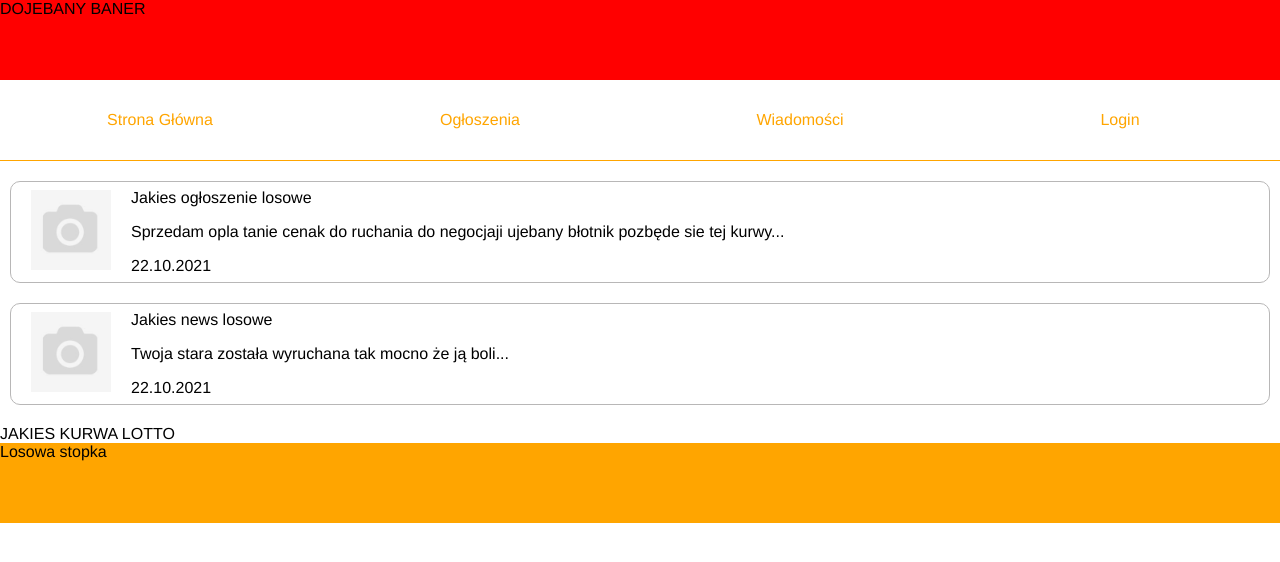
Repository: PatrykStawik/projectppz
Page: /
These files come from the project's save history. The page is drawn as it stood at one moment and after a run of saves; the edit follows.
The browser window is 1280 px wide. The pictures show the whole page.
The project was rebuilt for these pictures with package versions that can differ from the ones it lists, and the page was loaded fresh each time. The framework's server and built-in components were replaced by stand-ins that run in the browser.

Above is the page before, as saved 2021-05-22 13:58:35.

### pages/_app.tsx
import React from 'react';
import type { AppProps } from 'next/app';
import { GlobalStyle } from '../styles/globalStyles';
import { Header } from '../components/Header';
import { Footer } from '../components/Footer'

function MyApp({ Component, pageProps }: AppProps) {
  return (
    <>
      <GlobalStyle />
      <Header/>
        <Component {...pageProps} />
      <Footer/>
    </>
  );
}

// eslint-disable-next-line import/no-default-export
export default MyApp;

### pages/_document.tsx
import React from 'react';
import Document, { DocumentContext, DocumentInitialProps } from 'next/document';
import { ServerStyleSheet } from 'styled-components';

class MyDocument extends Document {
  static async getInitialProps(ctx: DocumentContext): Promise<DocumentInitialProps> {
    const sheet = new ServerStyleSheet();
    const originalRenderPage = ctx.renderPage;

    try {
      ctx.renderPage = () =>
        originalRenderPage({
          enhanceApp: App => props => sheet.collectStyles(<App {...props} />),
        });

      const initialProps = await Document.getInitialProps(ctx);
      return {
        ...initialProps,
        styles: (
          <>
            {initialProps.styles}
            {sheet.getStyleElement()}
          </>
        ),
      };
    } finally {
      sheet.seal();
    }
  }
}

// eslint-disable-next-line import/no-default-export
export default MyDocument;

### pages/index.tsx
import React from 'react';
import { IndexPage } from '../components/IndexPage';

const index = () => <IndexPage />;

// eslint-disable-next-line import/no-default-export
export default index;

### styles/globalStyles.ts
import { createGlobalStyle } from 'styled-components';

export const GlobalStyle = createGlobalStyle`
  body {
    margin: 0;
    padding: 0;
    font-family: Open-Sans, Helvetica, Sans-Serif;
  }
`;

### components/IndexPage/index.tsx
export { IndexPage } from './IndexPage';

### components/Header/Header.tsx
import React from 'react';
import styled from 'styled-components';
import { colors } from '../../styles/colors';
import { centerText, setFlex } from '../../styles/functions';
import { NextLink } from '../common/NextLink';

const Wrapper = styled.header`
  .baner {
    height: 80px;
    background-color: ${colors.red};
  }
  .menu {
    ${setFlex('column')}
    height: 80px;
    border-bottom: 1px solid ${colors.orange};
    .menuItem {
      flex: 1;
      height: 100%;
      ${centerText(80)};
      background-color: ${colors.white};
      color: ${colors.orange};
      cursor: pointer;
      transition: .5s all;
      &:hover{
        font-weight: bold;
      }
    }
  }
`;

const data = [
  { title: 'Strona Główna', href: '/' },
  { title: 'Ogłoszenia', href: '/ogloszenia' },
  { title: 'Wiadomości', href: '/wiadomosci' },
  { title: 'Login', href: '/login' },
];

export const Header = () => {
  return (
    <Wrapper>
      <div className="baner">DOJEBANY BANER</div>
      <div className="menu">
        {data.map(({ title, href }) => (
          <NextLink href={href} key={title}>
            <div className="menuItem">{title}</div>
          </NextLink>
        ))}
      </div>
    </Wrapper>
  );
};

### components/Footer/Footer.tsx
import React from 'react';
import styled from 'styled-components';
import { colors } from '../../styles/colors';

const Wrapper = styled.footer`
    height: 80px;
    background-color: ${colors.orange};
`;

export const Footer = () => {
  return (
    <Wrapper>
      Losowa stopka
    </Wrapper>
  );
};

### components/IndexPage/IndexPage.tsx
import React from 'react';
import styled from 'styled-components';
import { Bar } from '../common/Bar';
import { setFlex } from '../../styles/functions';

const Wrapper = styled.div``;

export const IndexPage = () => {
  return (
    <Wrapper>
      <div className="advertisement">
        <Bar
          title="Jakies ogłoszenie losowe"
          content="Sprzedam opla tanie cenak do ruchania do negocjaji ujebany błotnik pozbęde sie tej kurwy"
          date="22.10.2021"
        />
      </div>
      <div className="container">
        <div className="news">
          <Bar
            title="Jakies news losowe"
            content="Twoja stara została wyruchana tak mocno że ją boli"
            date="22.10.2021"
          />
        </div>
        <div className="lotto">JAKIES KURWA LOTTO</div>
      </div>
    </Wrapper>
  );
};

### styles/colors.ts
export const colors = {
  white: "white",
  black: "black",
  red: "red",
  orange: "orange",
  gray: "#b8b7b7"
}

### styles/functions.ts
export const centerText = (height: number) => {
  return `text-align: center;
  line-height: ${height}px`
}

export const setFlex = (type: "row" | "column" = "row") => {
  return `display: flex; flex-direction: ${type}`
}

### components/common/NextLink/index.tsx
export { NextLink } from './NextLink';

### components/common/Bar/index.tsx
export { Bar } from './Bar';

### components/common/NextLink/NextLink.tsx
import React from 'react';
import Link from 'next/link';
import styled from 'styled-components';
import { colors } from '../../../styles/colors';

const StyledLink = styled.a`
  color: ${colors.black};
  text-decoration: none;
  width: 100%;
`;

interface Props {
  href: string;
}

export const NextLink: React.FC<Props> = ({ children, href }) => {
  return (
    <Link href={href}>
      <StyledLink>{children}</StyledLink>
    </Link>
  );
};

### components/common/Bar/Bar.tsx
import React from 'react';
import Image from 'next/image';
import styled from 'styled-components';
import { setFlex } from '../../../styles/functions';
import { colors } from '../../../styles/colors';

interface Props {
  title: string;
  content: string;
  date: string;
}

const Wrapper = styled.div`
  height: 100px;
  border: 1px solid ${colors.gray};
  border-radius: 10px;
  margin: 20px 10px;
  ${setFlex()};
  align-items: center;
  .img{
    margin-left: 20px;
  }
  .body{
    margin-left: 20px;
  }
`;

const picture = { src: '/default.jpg', alt: 'picture', width: 80, height: 80 };

export const Bar = ({ title, content, date }: Props) => {
  return (
    <Wrapper>
      <div className="img"><Image {...picture} /></div>
      <div className="body">
        <p>{title}</p>
        <p>{content.slice(0, 100)}...</p>
        <p>{date}</p>
      </div>
    </Wrapper>
  );
};

Loaded but not shown: components/Header/index.tsx (common file); components/Footer/index.tsx (common file)

After the next 6 saves:
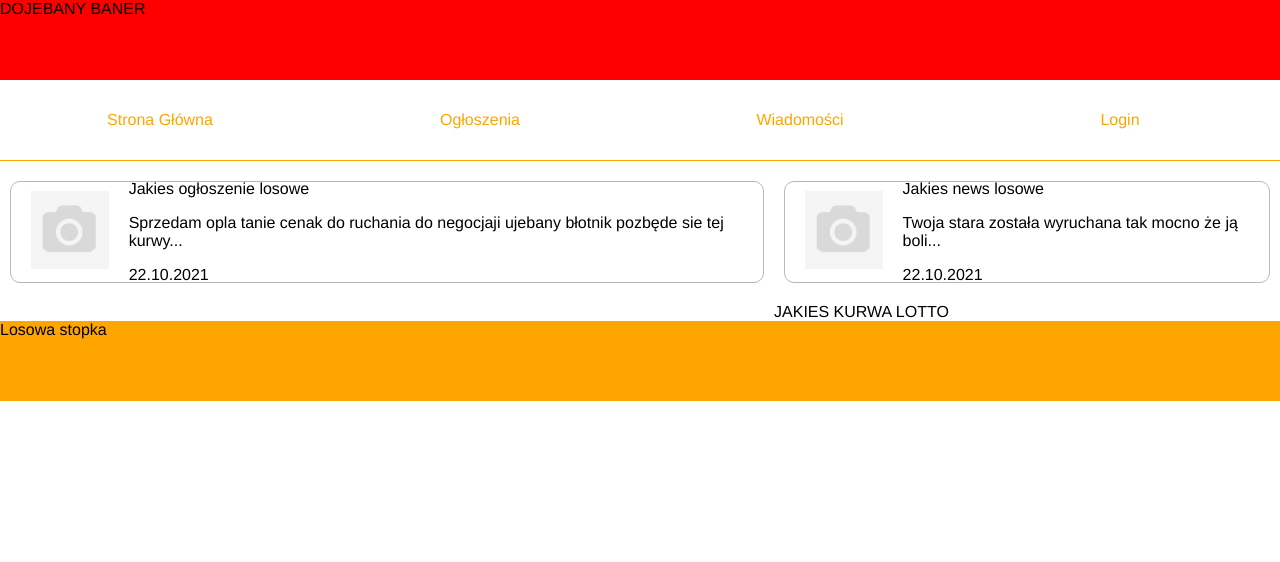
The 6 saves are shown as one change because they came seconds apart.
The last was saved 14 s later.
--- a/components/IndexPage/IndexPage.tsx
+++ b/components/IndexPage/IndexPage.tsx
@@ -3,7 +3,9 @@ import styled from 'styled-components';
 import { Bar } from '../common/Bar';
 import { setFlex } from '../../styles/functions';
 
-const Wrapper = styled.div``;
+const Wrapper = styled.div`
+  ${setFlex()}
+`;
 
 export const IndexPage = () => {
   return (
